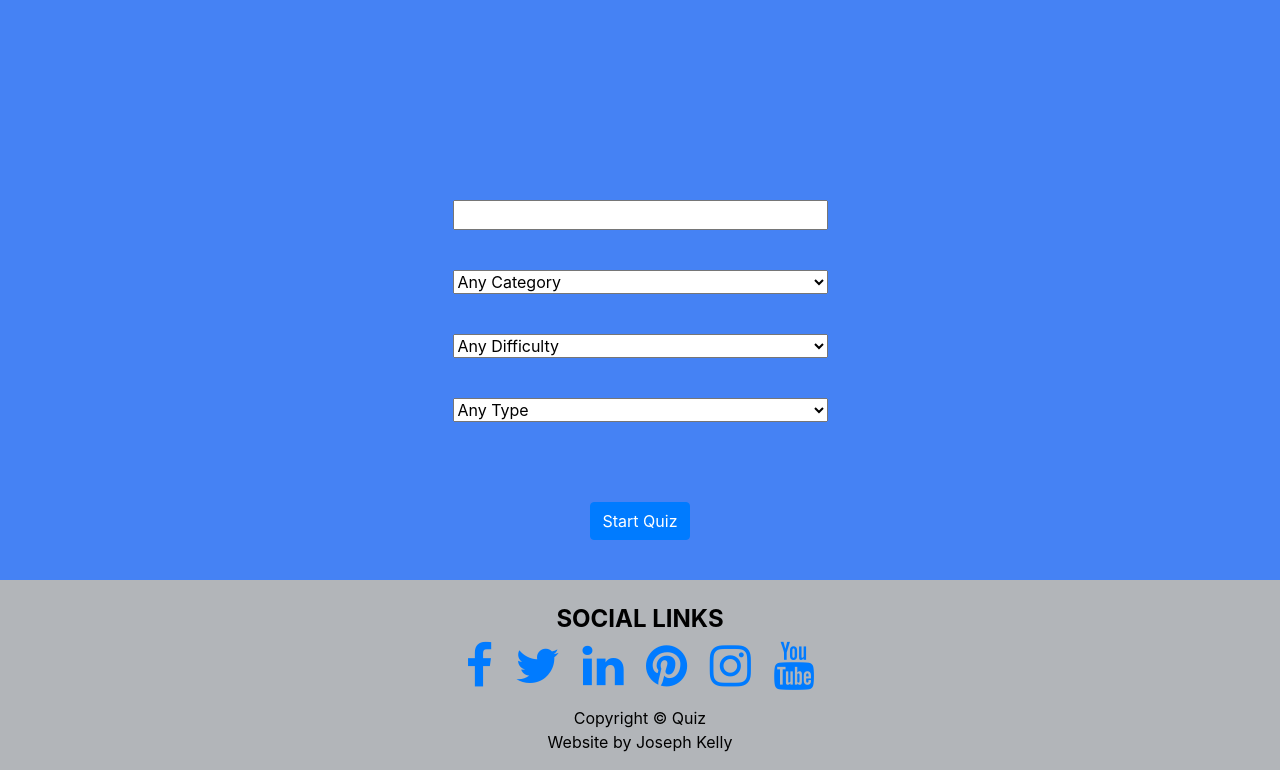
Repository: Code-Institute-Submissions/quiz-1
Page: load.html
The author's editor kept a record of every edit. The page is drawn from the files as they stood at one moment, then again after the next edit.
The browser window is 1280 px wide. The pictures show the whole page.

Above is the page before.

### load.html
<!DOCTYPE html>
<html lang="en">

<head>
    <meta charset="UTF-8">
    <meta name="viewport" content="width=device-width, initial-scale=1.0">
    <meta http-equiv="X-UA-Compatible" content="ie=edge">
    <link rel="stylesheet" href="https://stackpath.bootstrapcdn.com/bootstrap/4.4.1/css/bootstrap.min.css" type="text/css" />
    <link rel="stylesheet" href="https://stackpath.bootstrapcdn.com/font-awesome/4.7.0/css/font-awesome.min.css" type="text/css" />
    <link href="https://fonts.googleapis.com/css2?family=Montserrat&display=swap" rel="stylesheet">
    <link rel="stylesheet" href="assets/css/style.css" type="text/css" />
    <script type="text/javascript" src="assets/js/modal-timer.js"></script>
    <title>Quiz</title>
</head>

<body>
    <div class="container-fluid home">
        <div>
            <input type="number" name="number-of-questions" min="1" max="50" class="select-amount">
            <select class="select-category">
                <option value="any">Any Category</option>
                <option value="general-knowledge">General Knowledge</option>
                <option value="books">Books</option>
                <option value="films">Films</option>
                <option value="music">Music</option>
                <option value="musicals">Musicals</option>
                <option value="television">Television</option>
                <option value="video-games">Video Games</option>
                <option value="board-games">Board Games</option>
                <option value="science-&-nature">Science & Nature</option>
                <option value="computers">Computers</option>
                <option value="mathematics">Mathematics</option>
                <option value="mythology">Mythology</option>
                <option value="sports">Sports</option>
                <option value="geography">Geography</option>
                <option value="history">History</option>
                <option value="politics">Politics</option>
                <option value="art">Art</option>
                <option value="celebrities">Celebrities</option>
                <option value="animals">Animals</option>
                <option value="vehicles">Vehicles</option>
            </select>
            <select class="select-difficulty">
                <option value="any-difficulty">Any Difficulty</option>
                <option value="easy">Easy</option>
                <option value="medium">Medium</option>
                <option value="hard">Hard</option>
            </select>
            <select class="select-type">
                <option value="any-type">Any Type</option>
                <option value="multiple-choice">Multiple Choice</option>
                <option value="true/false">True/False</option>
            </select>
        </div>
        <div class="container-fluid load">
            <!-- Button trigger modal -->
            <button type="button" class="btn btn-primary" data-toggle="modal" data-target="#exampleModalCenter">
                  Start Quiz
            </button>
            <div class="modal fade" id="exampleModalCenter" tabindex="-1" role="dialog" aria-labelledby="exampleModalCenterTitle" aria-hidden="true">
                <div class="modal-dialog modal-dialog-centered" role="document">
                    <div class="modal-content">
                        <div class="modal-header">
                            <h5>Quiz Starts in</h5>
                        </div>
                        <div class="modal-body">
                            <div class="countdown">
                                <div class="square">
                                    <div class="digits" id="cd-sec">00</div>
                                    <div class="text"></div>
                                </div>
                            </div>
                        </div>
                    </div>
                </div>
            </div>
        </div>
    </div>
    <footer class="container-fluid">
        <div id="footer-details" class="row">
            <div class="col-sm">
                <h4 class="uppercase footer-info">Social Links</h4>
                <ul class="list-inline social-links">
                    <li class="list-inline-item">
                        <a target="_blank" href="#">
                            <i class="fa fa-facebook fa-3x" aria-hidden="true"></i>
                            <span class="sr-only">Facebook</span>
                        </a>
                    </li>
                    <li class="list-inline-item">
                        <a target="_blank" href="#">
                            <i class="fa fa-twitter fa-3x" aria-hidden="true"></i>
                            <span class="sr-only">Twitter</span>
                        </a>
                    </li>
                    <li class="list-inline-item">
                        <a target="_blank" href="#">
                            <i class="fa fa-linkedin fa-3x" aria-hidden="true"></i>
                            <span class="sr-only">LinkedIn</span>
                        </a>
                    </li>
                    <li class="list-inline-item">
                        <a target="_blank" href="#">
                            <i class="fa fa-pinterest fa-3x" aria-hidden="true"></i>
                            <span class="sr-only">pinterest</span>
                        </a>
                    </li>
                    <li class="list-inline-item">
                        <a target="_blank" href="#">
                            <i class="fa fa-instagram fa-3x" aria-hidden="true"></i>
                            <span class="sr-only">Instagram</span>
                        </a>
                    </li>
                    <li class="list-inline-item">
                        <a target="_blank" href="#">
                            <i class="fa fa-youtube fa-3x" aria-hidden="true"></i>
                            <span class="sr-only">Youtube</span>
                        </a>
                    </li>
                </ul>
                <div class="copyright">
                    <p>Copyright &#169; Quiz<br>Website by Joseph Kelly</p>
                </div>
            </div>
        </div>
    </footer>
    <script src="https://code.jquery.com/jquery-3.3.1.slim.min.js" integrity="sha384-q8i/X+965DzO0rT7abK41JStQIAqVgRVzpbzo5smXKp4YfRvH+8abtTE1Pi6jizo" crossorigin="anonymous"></script>
    <script src="https://cdnjs.cloudflare.com/ajax/libs/popper.js/1.14.7/umd/popper.min.js" integrity="sha384-UO2eT0CpHqdSJQ6hJty5KVphtPhzWj9WO1clHTMGa3JDZwrnQq4sF86dIHNDz0W1" crossorigin="anonymous"></script>
    <script src="https://stackpath.bootstrapcdn.com/bootstrap/4.3.1/js/bootstrap.min.js" integrity="sha384-JjSmVgyd0p3pXB1rRibZUAYoIIy6OrQ6VrjIEaFf/nJGzIxFDsf4x0xIM+B07jRM" crossorigin="anonymous"></script>
</body>
</html>

### assets/css/style.css
/*--------------------------- home --------------- */
.home{
    background-color: #4582F4;
    height: auto;
}

.info {
  font-family: 'Montserrat', sans-serif;
  text-align: center;
  padding-top: 40px;
  width: 50%;
  margin: auto;
}

.load {
  display: flex;
  justify-content: center;
  align-items: center;
  padding-top: 40px;
  padding-bottom: 40px;
}

.load-button {
  background-color: #1D2129;
  webkit-appearance: button;
    -moz-appearance: button;
    appearance: button;

    text-decoration: none;
    color: #fafafa;
    padding: 10px;
    border-radius: 5px;
}

/*--------------------------- animation --------------- */

.quiz-time {
  text-align: center;
  padding-top: 100px;
  width: 100vw;
  font-family: 'Montserrat', sans-serif;
  display: flex;
  justify-content: center;
  align-items: center;
  margin: -20px;
}

h1 span {
  position: relative;
  top: 20px;
  display: inline-block;
  -webkit-animation: bounce 0.3s ease infinite alternate;
  font-size: 100px;
  color: #fff;
  text-shadow: 0 1px 0 #ccc, 0 2px 0 #ccc, 0 3px 0 #ccc, 0 4px 0 #ccc,
    0 5px 0 #ccc, 0 6px 0 transparent, 0 7px 0 transparent, 0 8px 0 transparent,
    0 9px 0 transparent, 0 10px 10px rgba(0, 0, 0, 0.4);
}

h1 span:nth-child(2) {
  -webkit-animation-delay: 0.1s;
}

h1 span:nth-child(3) {
  -webkit-animation-delay: 0.2s;
}

h1 span:nth-child(4) {
  -webkit-animation-delay: 0.3s;
}

h1 span:nth-child(5) {
  -webkit-animation-delay: 0.4s;
}

h1 span:nth-child(6) {
  -webkit-animation-delay: 0.5s;
}

h1 span:nth-child(7) {
  -webkit-animation-delay: 0.6s;
}

h1 span:nth-child(8) {
  -webkit-animation-delay: 0.2s;
}

h1 span:nth-child(9) {
  -webkit-animation-delay: 0.3s;
}

h1 span:nth-child(10) {
  -webkit-animation-delay: 0.4s;
}

h1 span:nth-child(11) {
  -webkit-animation-delay: 0.5s;
}

h1 span:nth-child(12) {
  -webkit-animation-delay: 0.6s;
}

h1 span:nth-child(13) {
  -webkit-animation-delay: 0.7s;
}

h1 span:nth-child(14) {
  -webkit-animation-delay: 0.8s;
}

/* ANIMATION */
@-webkit-keyframes bounce {
  100% {
    top: -20px;
    text-shadow: 0 1px 0 #ccc, 0 2px 0 #ccc, 0 3px 0 #ccc, 0 4px 0 #ccc,
      0 5px 0 #ccc, 0 6px 0 #ccc, 0 7px 0 #ccc, 0 8px 0 #ccc, 0 9px 0 #ccc,
      0 50px 25px rgba(0, 0, 0, 0.2);
  }
}

/*--------------------------- footer --------------- */

footer {
    color: #fafafa;
    padding-top: 25px;
    background-color: #B2B5B9;
    display: inline-block;
}

.footer-info {
    font-weight: bold;
    text-align: center;
    color: #000000;
}

.list-inline-item {
    margin-left: 10px;
    margin-right: 10px;
}

.uppercase {
    text-transform: uppercase;
}

.social-links {
    text-align: center;
    color: #000000;
}

.copyright {
    text-align: center;
    color: #000000;
}

/*--------------------------- Quiz Loading --------------- */

.select-amount {
  width: 30%;
  margin-top: 200px;
  margin-bottom: 20px;
  margin-right: 35%;
  margin-left: 35%;
}

.select-category {
  width: 30%;
  margin-top: 20px;
  margin-bottom: 20px;
  margin-right: 35%;
  margin-left: 35%;
}

.select-difficulty {
  width: 30%;
  margin-top: 20px;
  margin-bottom: 20px;
  margin-right: 35%;
  margin-left: 35%;
}

.select-type {
  width: 30%;
  margin-top: 20px;
  margin-bottom: 40px;
  margin-right: 35%;
  margin-left: 35%;
}

/*--------------------------- timer --------------- */

.countdown {
  margin: 0 auto;
  max-width: 350px;
  background: #ff0000;
  font-family: Impact, Charcoal, sans-serif;
  text-align: center;
}
.countdown .header {
  color: #c61d1d;
  text-align: center;
  font-weight: normal;
  margin: 5px 0 10px 0;
}
.countdown .square {
  display: inline-block;
  padding: 10px;
  margin: 5px;
}
.countdown .digits {
  font-size: 24px;
  background: #fff;
  color: #000;
  padding: 20px 10px;
  border-radius: 5px;
}
.countdown .text {
  margin-top: 10px;
  color: #ddd;
}

### assets/js/modal-timer.js
var counter = {};
window.addEventListener("click", function () {
  // COUNTDOWN IN SECONDS
  // EXAMPLE - 5 MINS = 5 X 60 = 300 SECS
  counter.end = 5;

  // Get the containers
  counter.sec = document.getElementById("cd-sec");

  // Start if not past end date
  if (counter.end > 0) {
    counter.ticker = setInterval(function(){
      // Stop if passed end time
      counter.end--;
      if (counter.end <= 0) {
        clearInterval(counter.ticker);
        counter.end = 0;
      }

      // Calculate remaining time
      var secs = counter.end;
      var mins  = Math.floor(secs / 60); // 1 min = 60 secs
      secs -= mins * 60;

      // Update HTML
      counter.sec.innerHTML = secs;
    }, 1000);
  }
});

After the next edit:
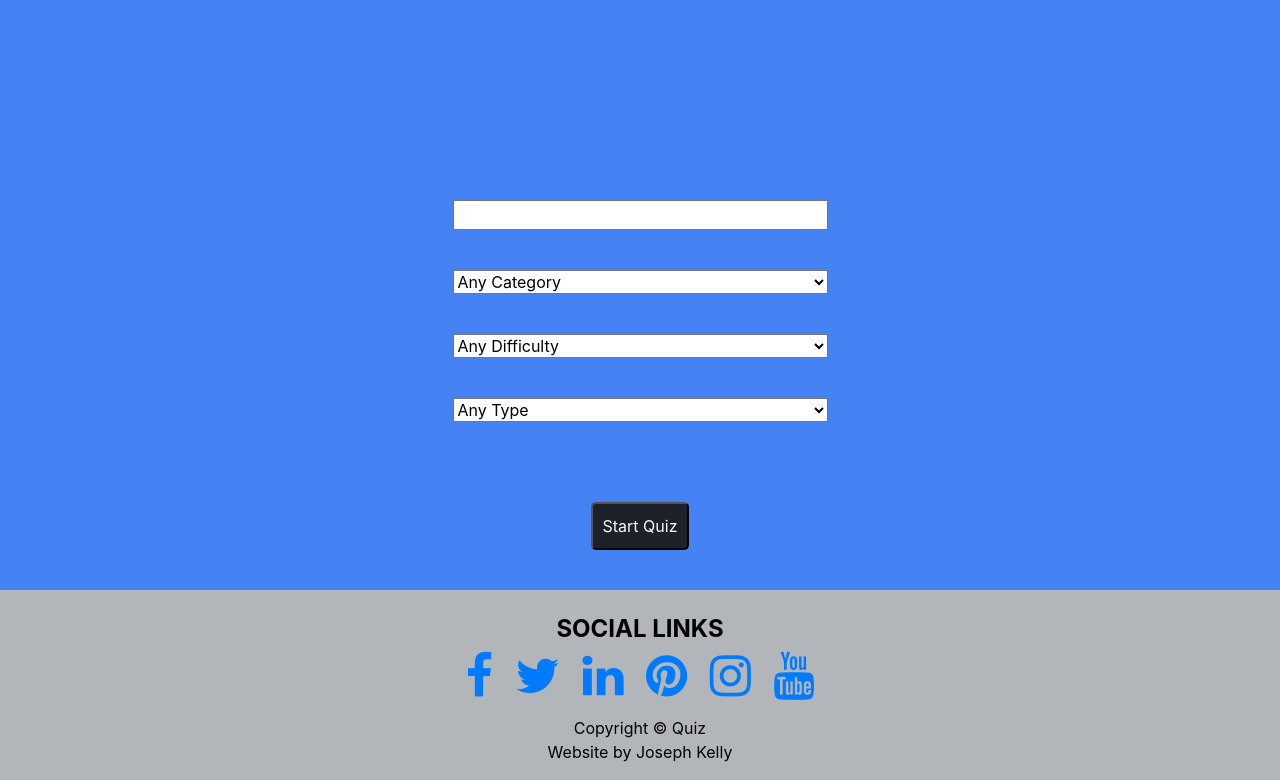
The edit:
--- a/load.html
+++ b/load.html
@@ -54,7 +54,7 @@
         </div>
         <div class="container-fluid load">
             <!-- Button trigger modal -->
-            <button type="button" class="btn btn-primary" data-toggle="modal" data-target="#exampleModalCenter">
+            <button type="button" class="load-button" data-toggle="modal" data-target="#exampleModalCenter">
                   Start Quiz
             </button>
             <div class="modal fade" id="exampleModalCenter" tabindex="-1" role="dialog" aria-labelledby="exampleModalCenterTitle" aria-hidden="true">
